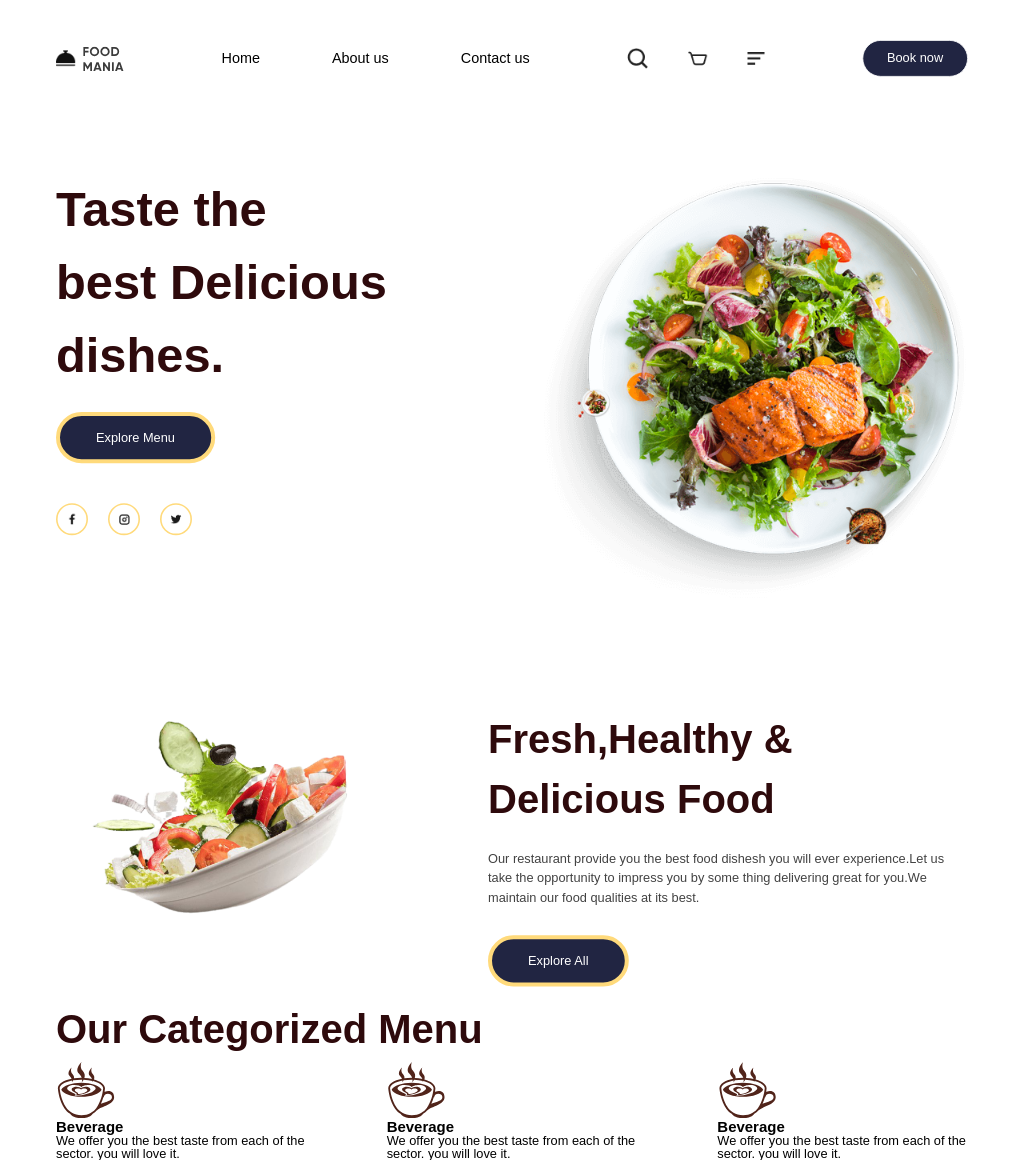
Repository: hoang0508/Figmafood
Page: index.html
An editor plug-in stored every save of this project. The page is shown before and after the next save, followed by the edit.
The browser window is 1280 px wide. The pictures show the whole page, at 80% of full size.
The style sheet was rebuilt from its Sass, Less or Tailwind sources for each picture, by a compiler version that may differ from the author's.

Above is the page before, as saved 2021-11-08 10:22:52.

### index.html
<!DOCTYPE html>
<html lang="en">
  <head>
    <meta charset="UTF-8" />
    <meta http-equiv="X-UA-Compatible" content="IE=edge" />
    <meta name="viewport" content="width=device-width, initial-scale=1.0" />
    <title>LandingPage Food</title>
    <link
      rel="stylesheet"
      href="https://cdnjs.cloudflare.com/ajax/libs/font-awesome/4.7.0/css/font-awesome.min.css"
      integrity="sha512-SfTiTlX6kk+qitfevl/7LibUOeJWlt9rbyDn92a1DqWOw9vWG2MFoays0sgObmWazO5BQPiFucnnEAjpAB+/Sw=="
      crossorigin="anonymous"
      referrerpolicy="no-referrer"
    />
    <link rel="preconnect" href="https://fonts.googleapis.com" />
    <link rel="preconnect" href="https://fonts.gstatic.com" crossorigin />
    <link
      href="https://fonts.googleapis.com/css2?family=Poppins:wght@300;400;500;600;700&display=swap"
      rel="stylesheet"
    />
    <link rel="stylesheet" href="./css/app.css" />
  </head>
  <body>
    <div class="wrapper">
      <header class="header">
        <div class="container">
          <div class="header-container d-flex--between">
            <div class="header-logo d-flex--center">
              <img src="./images/logo.png" alt="" />
              <img src="./images/FOOD MANIA.svg" alt="" />
            </div>
            <ul class="header-list d-flex--center">
              <li class="header-item">
                <a href="#" class="header-link">Home</a>
              </li>
              <li class="header-item">
                <a href="#" class="header-link">About us</a>
              </li>
              <li class="header-item">
                <a href="#" class="header-link">Contact us</a>
              </li>
            </ul>
            <div class="header-icon d-flex--center">
              <a href="#" class="icon-link">
                <img src="./images/icon-search.png" alt="" />
              </a>
              <a href="#" class="icon-link">
                <img src="./images/icon-cart.png" alt="" />
              </a>
              <a href="#" class="icon-link">
                <img src="./images/icon-bars.png" alt="" />
              </a>
            </div>
            <button class="button button--primary">Book now</button>
          </div>
        </div>
      </header>
      <main>
        <section class="hero">
          <div class="container">
            <div class="hero-container d-flex--between">
              <div class="hero-content">
                <h3 class="hero-title">
                  Taste the <span>best Delicious</span> dishes.
                </h3>
                <button class="button button--primary button--secondary">
                  Explore Menu
                </button>
                <div class="hero-social d-flex--center">
                  <a href="#" class="social-icon">
                    <img src="./images/facebook.png" alt="" />
                  </a>
                  <a href="#" class="social-icon">
                    <img src="./images/instagram.png" alt="" />
                  </a>
                  <a href="#" class="social-icon">
                    <img src="./images/twitter.png" alt="" />
                  </a>
                </div>
              </div>
              <div class="hero-image">
                <div class="hero-image--big">
                  <img
                    src="./images/kisspng-hamburger-street-food-seafood-fast-food-delicious-food-5a75083cceaf41 1.png"
                    alt=""
                  />
                </div>
                <div class="hero-image--small-top">
                  <img src="./images/dlf 1.png" alt="" />
                </div>
                <div class="hero-image--small-bottom">
                  <img
                    src="./images/Pad-Thai_1-removebg-preview 1.png"
                    alt=""
                  />
                </div>
              </div>
            </div>
          </div>
        </section>
        <section class="about">
          <div class="container">
            <div class="about-container d-flex--between">
              <div class="about-image">
                <img
                  src="./images/imgbin-greek-salad-recipe-vegetarian-cuisine-everyday-super-food-salad-plate-gEMC3ig2LzciXACd5pm3EKWBe-removebg-preview 1.png"
                  alt=""
                />
              </div>
              <div class="about-content">
                <h3 class="heading-title">Fresh,Healthy & Delicious Food</h3>
                <p class="text-desc">
                  Our restaurant provide you the best food dishesh you will ever
                  experience.Let us take the opportunity to impress you by some
                  thing delivering great for you.We maintain our food qualities
                  at its best.
                </p>
                <button class="button button--primary button--secondary">
                  Explore All
                </button>
              </div>
            </div>
          </div>
        </section>
        <section class="menu">
          <div class="container">
            <div class="menu-container">
              <h3 class="heading-title">Our Categorized Menu</h3>
              <div class="menu-list">
                <div class="menu-item">
                  <div class="menu-image">
                    <img
                      src="./images/emojione-monotone_hot-beverage.svg"
                      alt=""
                    />
                  </div>
                  <h3 class="menu-title">Beverage</h3>
                  <p class="menu-desc">
                    We offer you the best taste from each of the sector. you
                    will love it.
                  </p>
                </div>
                <div class="menu-item">
                  <div class="menu-image">
                    <img
                      src="./images/emojione-monotone_hot-beverage.svg"
                      alt=""
                    />
                  </div>
                  <h3 class="menu-title">Beverage</h3>
                  <p class="menu-desc">
                    We offer you the best taste from each of the sector. you
                    will love it.
                  </p>
                </div>
                <div class="menu-item">
                  <div class="menu-image">
                    <img
                      src="./images/emojione-monotone_hot-beverage.svg"
                      alt=""
                    />
                  </div>
                  <h3 class="menu-title">Beverage</h3>
                  <p class="menu-desc">
                    We offer you the best taste from each of the sector. you
                    will love it.
                  </p>
                </div>
              </div>
            </div>
          </div>
        </section>
      </main>
    </div>
  </body>
</html>

### sass/app.scss
@import "variable";
@import "reset";
@import "global";
@import "typography";
@import "header";
@import "hero";
@import "about";
@import "menu";

### sass/variable.scss
$primary-color: #212542;
$secondary-color: #2e0a0c;
$border-color: #ffda7b;
$text-color-box: #424242;
$text-color-small: #747474;

### sass/reset.scss
html {
  box-sizing: border-box;
}
* {
  margin: 0;
  padding: 0;
}
*,
*:before,
*:after {
  box-sizing: border-box;
}
input,
textarea,
select,
button {
  outline: none;
}
input {
  line-height: normal;
}
label,
button {
  cursor: pointer;
}
a {
  text-decoration: none;
}
img {
  display: block;
  max-width: 100%;
}

ul,
li {
  list-style: none;
}

### sass/global.scss
.wrapper {
  max-width: 1440px;
  margin: 0 auto;
  overflow: hidden;
}

.container {
  max-width: 1170px;
  margin: 0 auto;
  padding: 0 15px;
}

body {
  font-family: "Popins", sans-serif;
  line-height: 1;
  font-size: 16px;
}

body::-webkit-scrollbar {
  width: 7px;
}

body::-webkit-scrollbar-thumb {
  background-color: $primary-color;
  border-radius: 10px;
}

.d-flex--center {
  display: flex;
  align-items: center;
}

.d-flex--between {
  display: flex;
  justify-content: space-between;
  align-items: center;
}

.button {
  display: inline-block;
  color: #fff;
  background-color: $primary-color;
  border: 0;
  &--primary {
    font-size: 16px;
    font-weight: 500;
    line-height: calc(24 / 16);
    padding: 10px 30px;
    background: #212542;
    border: 1.5px solid #ffffff;
    border-radius: 100px;
    display: flex;
    align-items: center;
    justify-content: center;
  }
  &--secondary {
    padding: 15px 45px;
    border-width: 5px;
    border-color: $border-color;
  }
}

### sass/typography.scss
.heading-title {
  font-size: 50px;
  font-weight: 600;
  line-height: calc(87 / 58);
  color: $secondary-color;
}

.text-desc {
  font-size: 16px;
  font-weight: 500;
  line-height: calc(27 / 18);
  padding: 25px 0 35px;
  color: $text-color-box;
}

### sass/_header.scss
.header {
  margin-top: 50px;
  margin-bottom: 121px;
  &-logo {
    gap: 10px;
  }
  &-list {
    gap: 0 90px;
    font-size: 18px;
    font-weight: 500;
  }
  &-item {
    position: relative;
  }
  &-link {
    position: relative;
    color: #000000;
  }
  &-link:after {
    content: "";
    position: absolute;
    display: block;
    width: 0;
    height: 3px;
    background-color: $primary-color;
    bottom: -8px;
    border-radius: 5px;
    transition: all 0.3s linear;
  }
  &-link:hover::after {
    width: 100%;
    transition: all 0.3s linear;
  }
  &-icon {
    gap: 0 50px;
  }
}

### sass/_hero.scss
.hero {
  padding-bottom: 120px;
  &-container {
    align-items: stretch;
  }
  &-content {
    max-width: 455px;
    width: 100%;
  }
  &-title {
    font-size: 61px;
    line-height: calc(91 / 61);
    color: $secondary-color;
    font-weight: 600;
    padding-bottom: 25px;
    span {
      display: block;
    }
  }
  &-social {
    padding-top: 50px;
    gap: 0 25px;
    a.social-icon {
      width: 40px;
      height: 40px;
      border: 2px solid $border-color;
      border-radius: 100rem;
      display: flex;
      justify-content: center;
      align-items: center;
    }
  }
  &-image {
    position: relative;
  }
  &-image--big {
    position: relative;
  }
  &-image--small-top {
    position: absolute;
    left: 0;
    top: 50%;
    transform: translateX(50%);
    width: 100px;
  }
  &-image--small-bottom {
    position: absolute;
    bottom: 70px;
    right: 100px;
  }
}

### sass/_about.scss
.about {
  &-container {
    gap: 170px;
  }
  &-content {
    max-width: 600px;
    width: 100%;
  }
}

### sass/_menu.scss
.menu {
  &-list {
    display: grid;
    grid-template-columns: repeat(3, 1fr);
    grid-gap: 0px 100px;
  }
}

After the next save:
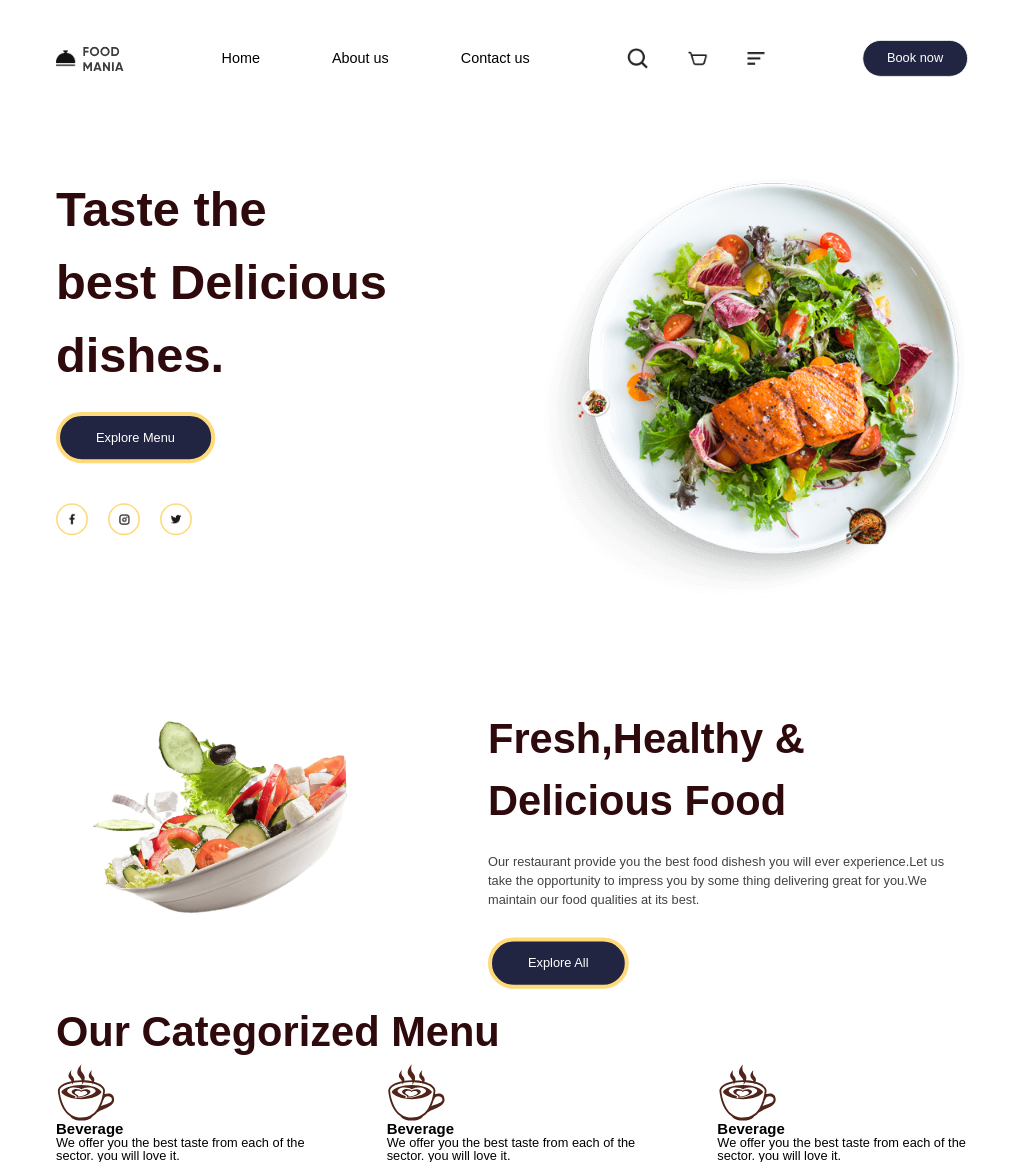
Saved 7 s later.
--- a/sass/typography.scss
+++ b/sass/typography.scss
@@ -1,5 +1,5 @@
 .heading-title {
-  font-size: 50px;
+  font-size: 52px;
   font-weight: 600;
   line-height: calc(87 / 58);
   color: $secondary-color;
